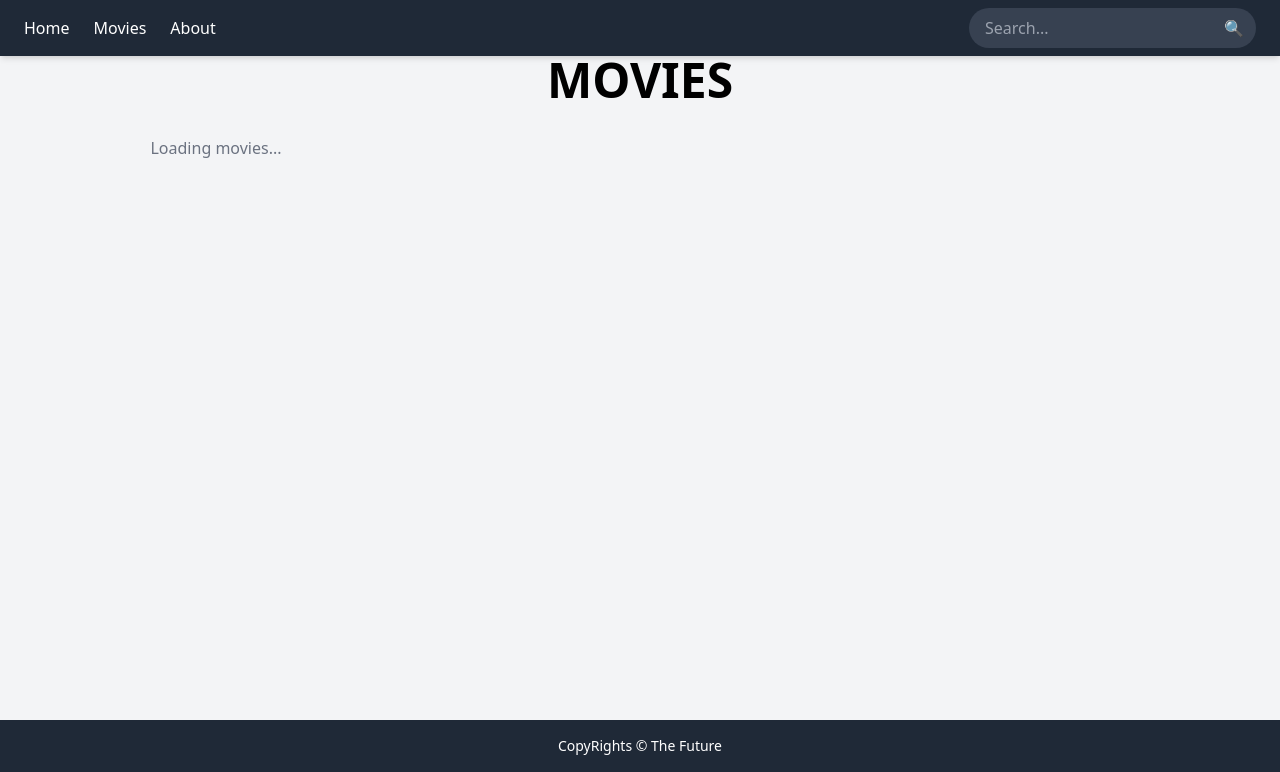
Repository: TheSecretlifeOfX/Movie-Rating
Page: /movies
The author's editor kept a copy of each file at every save. The page is drawn from the files as they stood at one save, then again after the next save.
The browser window is 1280 px wide. The pictures show the whole page.
The page's requests for data from a server got no answer. The project was rebuilt for these pictures with package versions that can differ from the ones it lists, and the page was loaded fresh each time. The framework's server and built-in components were replaced by stand-ins that run in the browser. No one was signed in, and anything a server would have sent is missing. Also part of the build but not shown: next.config.ts.

Above is the page before, as saved 2024-11-29 08:46:32.

After the next save:
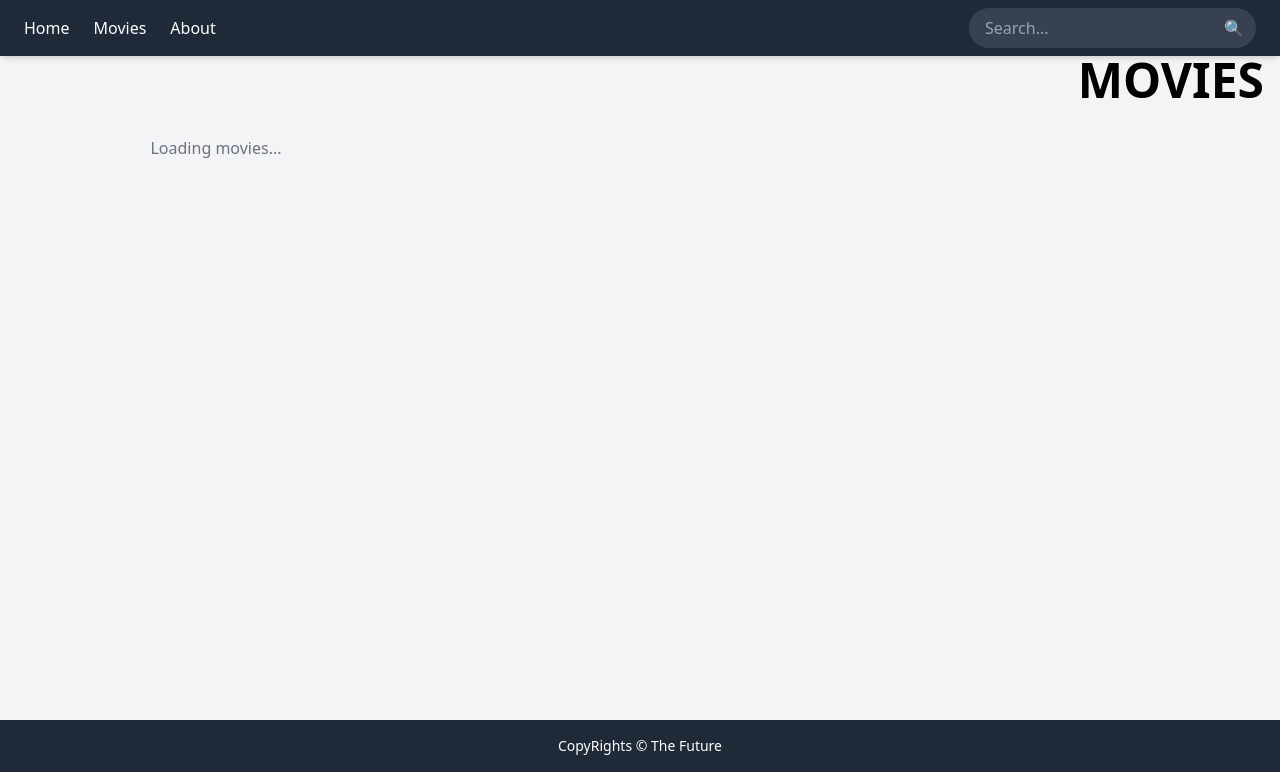
Saved 12 s later.
--- a/app/movies/page.tsx
+++ b/app/movies/page.tsx
@@ -22,7 +22,7 @@ export default function Page() {
   return (
     <main className="p-4 bg-gray-100 min-h-screen">
       {/* Heading */}
-      <h1 className="text-5xl font-bold text-center mt-10 mb-8">MOVIES</h1>
+      <h1 className="text-5xl font-bold text-right mt-10 mb-8">MOVIES</h1>
 
       {/* Movie List */}
       <div className="grid grid-cols-1 md:grid-cols-2 lg:grid-cols-3 gap-6">
